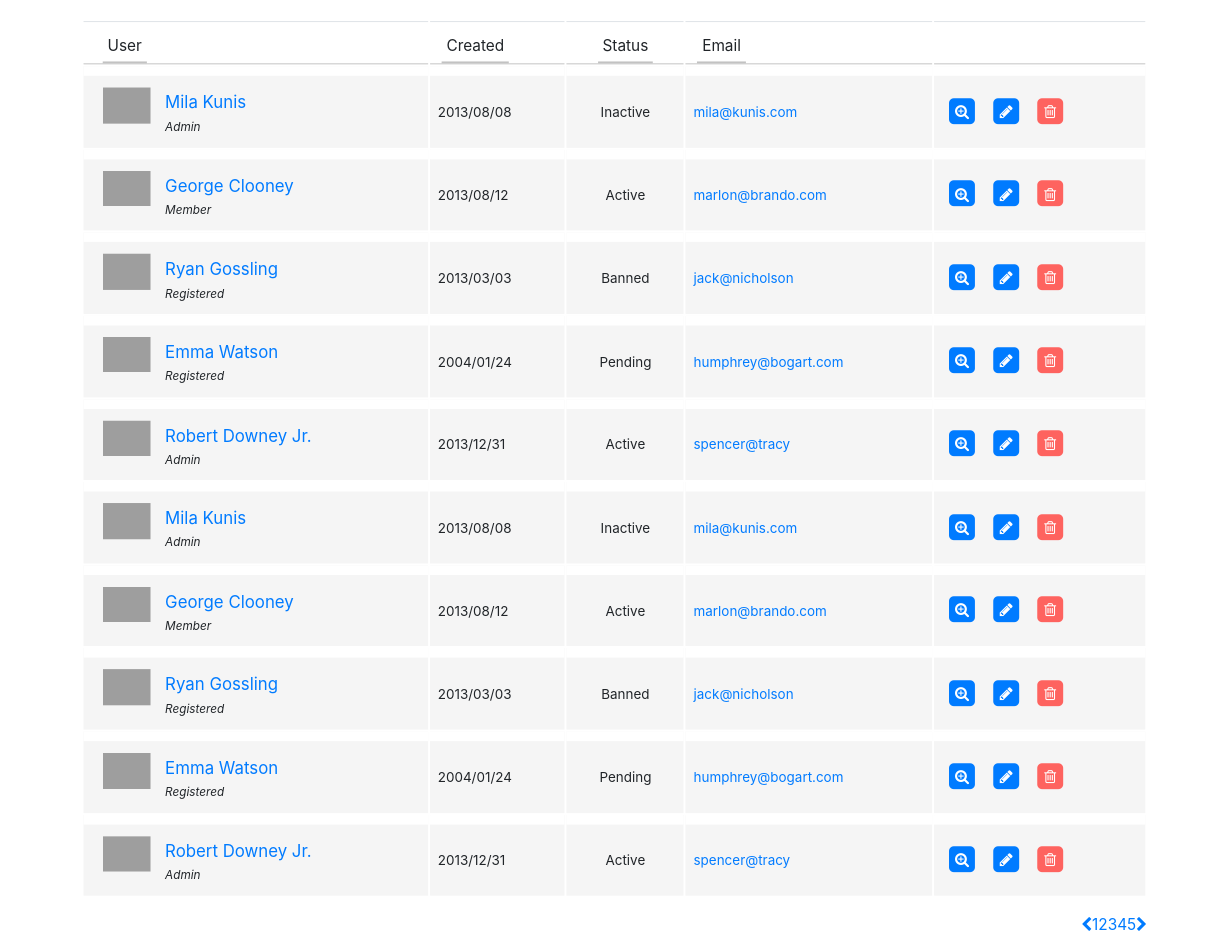
Repository: tienhoang123/Demo
Page: http://localhost/User/WEB-INF/views/home.jsp
The author's editor kept a copy of each file at every save. The page is drawn from the files as they stood at one save, then again after a run of saves.
The browser window is 1280 px wide. The pictures show the whole page, at 96% of full size.
Pictures or frames that could not be fetched are drawn as grey boxes. Some web libraries are served in a nearby version. The page is served by Tomcat 9. Nobody is signed in. Other server files are loaded and not shown. The template is opened directly, without the code that normally fills it, so the values that code supplies are empty.

Above is the page before, as saved 2019-10-14 06:24:29.
Console error: TypeError: Cannot read properties of undefined (reading 'fn')

### DemoCrud/User/src/main/webapp/WEB-INF/views/home.jsp
<%@ page language="java" contentType="text/html; charset=UTF-8"
	pageEncoding="UTF-8"%><!DOCTYPE html>
	<%@ taglib uri="http://java.sun.com/jsp/jstl/core" prefix="c" %>
<html>
<head>
<meta http-equiv="Content-Type" content="text/html; charset=UTF-8">
<title>HelloWorld</title>
<link href="<c:url value='/resources/css/boostrapcss/bootstrap.min.css' />" rel="stylesheet" id="bootstrap-css">
<link href="<c:url value='/resources/css/home.css' />" rel="stylesheet" >
<link href="https://maxcdn.bootstrapcdn.com/font-awesome/4.3.0/css/font-awesome.min.css" rel="stylesheet">
<script src="<c:url value='/resources/js/bootstrapjs/bootstrap.min.js' />"></script>
<script src="https://ajax.googleapis.com/ajax/libs/jquery/3.4.1/jquery.min.js"></script>
</head>
<body>
<div class="container">
<div class="row">
	<div class="col-lg-12">
		<div class="main-box clearfix">
			<div class="table-responsive">
				<table class="table user-list">
					<thead>
						<tr>
							<th><span>User</span></th>
							<th><span>Created</span></th>
							<th class="text-center"><span>Status</span></th>
							<th><span>Email</span></th>
							<th>&nbsp;</th>
						</tr>
					</thead>
					<tbody>
						<tr>
							<td>
								<img src="https://bootdey.com/img/Content/avatar/avatar1.png" alt="">
								<a href="#" class="user-link">Mila Kunis</a>
								<span class="user-subhead">Admin</span>
							</td>
							<td>
								2013/08/08
							</td>
							<td class="text-center">
								<span class="label label-default">Inactive</span>
							</td>
							<td>
								<a href="#">mila@kunis.com</a>
							</td>
							<td style="width: 20%;">
								<a href="#" class="table-link">
									<span class="fa-stack">
										<i class="fa fa-square fa-stack-2x"></i>
										<i class="fa fa-search-plus fa-stack-1x fa-inverse"></i>
									</span>
								</a>
								<a href="#" class="table-link">
									<span class="fa-stack">
										<i class="fa fa-square fa-stack-2x"></i>
										<i class="fa fa-pencil fa-stack-1x fa-inverse"></i>
									</span>
								</a>
								<a href="#" class="table-link danger">
									<span class="fa-stack">
										<i class="fa fa-square fa-stack-2x"></i>
										<i class="fa fa-trash-o fa-stack-1x fa-inverse"></i>
									</span>
								</a>
							</td>
						</tr>
						<tr>
							<td>
								<img src="https://bootdey.com/img/Content/avatar/avatar2.png" alt="">
								<a href="#" class="user-link">George Clooney</a>
								<span class="user-subhead">Member</span>
							</td>
							<td>
								2013/08/12
							</td>
							<td class="text-center">
								<span class="label label-success">Active</span>
							</td>
							<td>
								<a href="#">marlon@brando.com</a>
							</td>
							<td style="width: 20%;">
								<a href="#" class="table-link">
									<span class="fa-stack">
										<i class="fa fa-square fa-stack-2x"></i>
										<i class="fa fa-search-plus fa-stack-1x fa-inverse"></i>
									</span>
								</a>
								<a href="#" class="table-link">
									<span class="fa-stack">
										<i class="fa fa-square fa-stack-2x"></i>
										<i class="fa fa-pencil fa-stack-1x fa-inverse"></i>
									</span>
								</a>
								<a href="#" class="table-link danger">
									<span class="fa-stack">
										<i class="fa fa-square fa-stack-2x"></i>
										<i class="fa fa-trash-o fa-stack-1x fa-inverse"></i>
									</span>
								</a>
							</td>
						</tr>
						<tr>
							<td>
								<img src="https://bootdey.com/img/Content/avatar/avatar3.png" alt="">
								<a href="#" class="user-link">Ryan Gossling</a>
								<span class="user-subhead">Registered</span>
							</td>
							<td>
								2013/03/03
							</td>
							<td class="text-center">
								<span class="label label-danger">Banned</span>
							</td>
							<td>
								<a href="#">jack@nicholson</a>
							</td>
							<td style="width: 20%;">
								<a href="#" class="table-link">
									<span class="fa-stack">
										<i class="fa fa-square fa-stack-2x"></i>
										<i class="fa fa-search-plus fa-stack-1x fa-inverse"></i>
									</span>
								</a>
								<a href="#" class="table-link">
									<span class="fa-stack">
										<i class="fa fa-square fa-stack-2x"></i>
										<i class="fa fa-pencil fa-stack-1x fa-inverse"></i>
									</span>
								</a>
								<a href="#" class="table-link danger">
									<span class="fa-stack">
										<i class="fa fa-square fa-stack-2x"></i>
										<i class="fa fa-trash-o fa-stack-1x fa-inverse"></i>
									</span>
								</a>
							</td>
						</tr>
						<tr>
							<td>
								<img src="https://bootdey.com/img/Content/avatar/avatar4.png" alt="">
								<a href="#" class="user-link">Emma Watson</a>
								<span class="user-subhead">Registered</span>
							</td>
							<td>
								2004/01/24
							</td>
							<td class="text-center">
								<span class="label label-warning">Pending</span>
							</td>
							<td>
								<a href="#">humphrey@bogart.com</a>
							</td>
							<td style="width: 20%;">
								<a href="#" class="table-link">
									<span class="fa-stack">
										<i class="fa fa-square fa-stack-2x"></i>
										<i class="fa fa-search-plus fa-stack-1x fa-inverse"></i>
									</span>
								</a>
								<a href="#" class="table-link">
									<span class="fa-stack">
										<i class="fa fa-square fa-stack-2x"></i>
										<i class="fa fa-pencil fa-stack-1x fa-inverse"></i>
									</span>
								</a>
								<a href="#" class="table-link danger">
									<span class="fa-stack">
										<i class="fa fa-square fa-stack-2x"></i>
										<i class="fa fa-trash-o fa-stack-1x fa-inverse"></i>
									</span>
								</a>
							</td>
						</tr>
						<tr>
							<td>
								<img src="https://bootdey.com/img/Content/avatar/avatar5.png" alt="">
								<a href="#" class="user-link">Robert Downey Jr.</a>
								<span class="user-subhead">Admin</span>
							</td>
							<td>
								2013/12/31
							</td>
							<td class="text-center">
								<span class="label label-success">Active</span>
							</td>
							<td>
								<a href="#">spencer@tracy</a>
							</td>
							<td style="width: 20%;">
								<a href="#" class="table-link">
									<span class="fa-stack">
										<i class="fa fa-square fa-stack-2x"></i>
										<i class="fa fa-search-plus fa-stack-1x fa-inverse"></i>
									</span>
								</a>
								<a href="#" class="table-link">
									<span class="fa-stack">
										<i class="fa fa-square fa-stack-2x"></i>
										<i class="fa fa-pencil fa-stack-1x fa-inverse"></i>
									</span>
								</a>
								<a href="#" class="table-link danger">
									<span class="fa-stack">
										<i class="fa fa-square fa-stack-2x"></i>
										<i class="fa fa-trash-o fa-stack-1x fa-inverse"></i>
									</span>
								</a>
							</td>
						</tr>
						<tr>
							<td>
								<img src="https://bootdey.com/img/Content/avatar/avatar6.png" alt="">
								<a href="#" class="user-link">Mila Kunis</a>
								<span class="user-subhead">Admin</span>
							</td>
							<td>
								2013/08/08
							</td>
							<td class="text-center">
								<span class="label label-default">Inactive</span>
							</td>
							<td>
								<a href="#">mila@kunis.com</a>
							</td>
							<td style="width: 20%;">
								<a href="#" class="table-link">
									<span class="fa-stack">
										<i class="fa fa-square fa-stack-2x"></i>
										<i class="fa fa-search-plus fa-stack-1x fa-inverse"></i>
									</span>
								</a>
								<a href="#" class="table-link">
									<span class="fa-stack">
										<i class="fa fa-square fa-stack-2x"></i>
										<i class="fa fa-pencil fa-stack-1x fa-inverse"></i>
									</span>
								</a>
								<a href="#" class="table-link danger">
									<span class="fa-stack">
										<i class="fa fa-square fa-stack-2x"></i>
										<i class="fa fa-trash-o fa-stack-1x fa-inverse"></i>
									</span>
								</a>
							</td>
						</tr>
						<tr>
							<td>
								<img src="https://bootdey.com/img/Content/avatar/avatar7.png" alt="">
								<a href="#" class="user-link">George Clooney</a>
								<span class="user-subhead">Member</span>
							</td>
							<td>
								2013/08/12
							</td>
							<td class="text-center">
								<span class="label label-success">Active</span>
							</td>
							<td>
								<a href="#">marlon@brando.com</a>
							</td>
							<td style="width: 20%;">
								<a href="#" class="table-link">
									<span class="fa-stack">
										<i class="fa fa-square fa-stack-2x"></i>
										<i class="fa fa-search-plus fa-stack-1x fa-inverse"></i>
									</span>
								</a>
								<a href="#" class="table-link">
									<span class="fa-stack">
										<i class="fa fa-square fa-stack-2x"></i>
										<i class="fa fa-pencil fa-stack-1x fa-inverse"></i>
									</span>
								</a>
								<a href="#" class="table-link danger">
									<span class="fa-stack">
										<i class="fa fa-square fa-stack-2x"></i>
										<i class="fa fa-trash-o fa-stack-1x fa-inverse"></i>
									</span>
								</a>
							</td>
						</tr>
						<tr>
							<td>
								<img src="https://bootdey.com/img/Content/avatar/avatar1.png" alt="">
								<a href="#" class="user-link">Ryan Gossling</a>
								<span class="user-subhead">Registered</span>
							</td>
							<td>
								2013/03/03
							</td>
							<td class="text-center">
								<span class="label label-danger">Banned</span>
							</td>
							<td>
								<a href="#">jack@nicholson</a>
							</td>
							<td style="width: 20%;">
								<a href="#" class="table-link">
									<span class="fa-stack">
										<i class="fa fa-square fa-stack-2x"></i>
										<i class="fa fa-search-plus fa-stack-1x fa-inverse"></i>
									</span>
								</a>
								<a href="#" class="table-link">
									<span class="fa-stack">
										<i class="fa fa-square fa-stack-2x"></i>
										<i class="fa fa-pencil fa-stack-1x fa-inverse"></i>
									</span>
								</a>
								<a href="#" class="table-link danger">
									<span class="fa-stack">
										<i class="fa fa-square fa-stack-2x"></i>
										<i class="fa fa-trash-o fa-stack-1x fa-inverse"></i>
									</span>
								</a>
							</td>
						</tr>
						<tr>
							<td>
								<img src="https://bootdey.com/img/Content/avatar/avatar1.png" alt="">
								<a href="#" class="user-link">Emma Watson</a>
								<span class="user-subhead">Registered</span>
							</td>
							<td>
								2004/01/24
							</td>
							<td class="text-center">
								<span class="label label-warning">Pending</span>
							</td>
							<td>
								<a href="#">humphrey@bogart.com</a>
							</td>
							<td style="width: 20%;">
								<a href="#" class="table-link">
									<span class="fa-stack">
										<i class="fa fa-square fa-stack-2x"></i>
										<i class="fa fa-search-plus fa-stack-1x fa-inverse"></i>
									</span>
								</a>
								<a href="#" class="table-link">
									<span class="fa-stack">
										<i class="fa fa-square fa-stack-2x"></i>
										<i class="fa fa-pencil fa-stack-1x fa-inverse"></i>
									</span>
								</a>
								<a href="#" class="table-link danger">
									<span class="fa-stack">
										<i class="fa fa-square fa-stack-2x"></i>
										<i class="fa fa-trash-o fa-stack-1x fa-inverse"></i>
									</span>
								</a>
							</td>
						</tr>
						<tr>
							<td>
								<img src="https://bootdey.com/img/Content/avatar/avatar6.png" alt="">
								<a href="#" class="user-link">Robert Downey Jr.</a>
								<span class="user-subhead">Admin</span>
							</td>
							<td>
								2013/12/31
							</td>
							<td class="text-center">
								<span class="label label-success">Active</span>
							</td>
							<td>
								<a href="#">spencer@tracy</a>
							</td>
							<td style="width: 20%;">
								<a href="#" class="table-link">
									<span class="fa-stack">
										<i class="fa fa-square fa-stack-2x"></i>
										<i class="fa fa-search-plus fa-stack-1x fa-inverse"></i>
									</span>
								</a>
								<a href="#" class="table-link">
									<span class="fa-stack">
										<i class="fa fa-square fa-stack-2x"></i>
										<i class="fa fa-pencil fa-stack-1x fa-inverse"></i>
									</span>
								</a>
								<a href="#" class="table-link danger">
									<span class="fa-stack">
										<i class="fa fa-square fa-stack-2x"></i>
										<i class="fa fa-trash-o fa-stack-1x fa-inverse"></i>
									</span>
								</a>
							</td>
						</tr>
					</tbody>
				</table>
			</div>
			<ul class="pagination pull-right">
				<li><a href="#"><i class="fa fa-chevron-left"></i></a></li>
				<li><a href="#">1</a></li>
				<li><a href="#">2</a></li>
				<li><a href="#">3</a></li>
				<li><a href="#">4</a></li>
				<li><a href="#">5</a></li>
				<li><a href="#"><i class="fa fa-chevron-right"></i></a></li>
			</ul>
		</div>
	</div>
</div>
</div>
</body>
</html>

### DemoCrud/User/src/main/webapp/resources/css/home.css

body{margin-top:20px;}


/* USER LIST TABLE */
.user-list tbody td > img {
    position: relative;
	max-width: 50px;
	float: left;
	margin-right: 15px;
}
.user-list tbody td .user-link {
	display: block;
	font-size: 1.25em;
	padding-top: 3px;
	margin-left: 60px;
}
.user-list tbody td .user-subhead {
	font-size: 0.875em;
	font-style: italic;
}

/* TABLES */
.table {
    border-collapse: separate;
}
.table-hover > tbody > tr:hover > td,
.table-hover > tbody > tr:hover > th {
	background-color: #eee;
}
.table thead > tr > th {
	border-bottom: 1px solid #C2C2C2;
	padding-bottom: 0;
}
.table tbody > tr > td {
	font-size: 0.875em;
	background: #f5f5f5;
	border-top: 10px solid #fff;
	vertical-align: middle;
	padding: 12px 8px;
}
.table tbody > tr > td:first-child,
.table thead > tr > th:first-child {
	padding-left: 20px;
}
.table thead > tr > th span {
	border-bottom: 2px solid #C2C2C2;
	display: inline-block;
	padding: 0 5px;
	padding-bottom: 5px;
	font-weight: normal;
}
.table thead > tr > th > a span {
	color: #344644;
}
.table thead > tr > th > a span:after {
	content: "\f0dc";
	font-family: FontAwesome;
	font-style: normal;
	font-weight: normal;
	text-decoration: inherit;
	margin-left: 5px;
	font-size: 0.75em;
}
.table thead > tr > th > a.asc span:after {
	content: "\f0dd";
}
.table thead > tr > th > a.desc span:after {
	content: "\f0de";
}
.table thead > tr > th > a:hover span {
	text-decoration: none;
	color: #2bb6a3;
	border-color: #2bb6a3;
}
.table.table-hover tbody > tr > td {
	-webkit-transition: background-color 0.15s ease-in-out 0s;
	transition: background-color 0.15s ease-in-out 0s;
}
.table tbody tr td .call-type {
	display: block;
	font-size: 0.75em;
	text-align: center;
}
.table tbody tr td .first-line {
	line-height: 1.5;
	font-weight: 400;
	font-size: 1.125em;
}
.table tbody tr td .first-line span {
	font-size: 0.875em;
	color: #969696;
	font-weight: 300;
}
.table tbody tr td .second-line {
	font-size: 0.875em;
	line-height: 1.2;
}
.table a.table-link {
	margin: 0 5px;
	font-size: 1.125em;
}
.table a.table-link:hover {
	text-decoration: none;
	color: #2aa493;
}
.table a.table-link.danger {
	color: #fe635f;
}
.table a.table-link.danger:hover {
	color: #dd504c;
}

.table-products tbody > tr > td {
	background: none;
	border: none;
	border-bottom: 1px solid #ebebeb;
	-webkit-transition: background-color 0.15s ease-in-out 0s;
	transition: background-color 0.15s ease-in-out 0s;
	position: relative;
}
.table-products tbody > tr:hover > td {
	text-decoration: none;
	background-color: #f6f6f6;
}
.table-products .name {
	display: block;
	font-weight: 600;
	padding-bottom: 7px;
}
.table-products .price {
	display: block;
	text-decoration: none;
	width: 50%;
	float: left;
	font-size: 0.875em;
}
.table-products .price > i {
	color: #8dc859;
}
.table-products .warranty {
	display: block;
	text-decoration: none;
	width: 50%;
	float: left;
	font-size: 0.875em;
}
.table-products .warranty > i {
	color: #f1c40f;
}
.table tbody > tr.table-line-fb > td {
	background-color: #9daccb;
	color: #262525;
}
.table tbody > tr.table-line-twitter > td {
	background-color: #9fccff;
	color: #262525;
}
.table tbody > tr.table-line-plus > td {
	background-color: #eea59c;
	color: #262525;
}
.table-stats .status-social-icon {
	font-size: 1.9em;
	vertical-align: bottom;
}
.table-stats .table-line-fb .status-social-icon {
	color: #556484;
}
.table-stats .table-line-twitter .status-social-icon {
	color: #5885b8;
}
.table-stats .table-line-plus .status-social-icon {
	color: #a75d54;
}

Loaded but not shown: DemoCrud/User/src/main/webapp/resources/css/boostrapcss/bootstrap.min.css (library); DemoCrud/User/src/main/webapp/resources/js/boostrapjs/bootstrap.min.js (library)

After the next 2 saves:
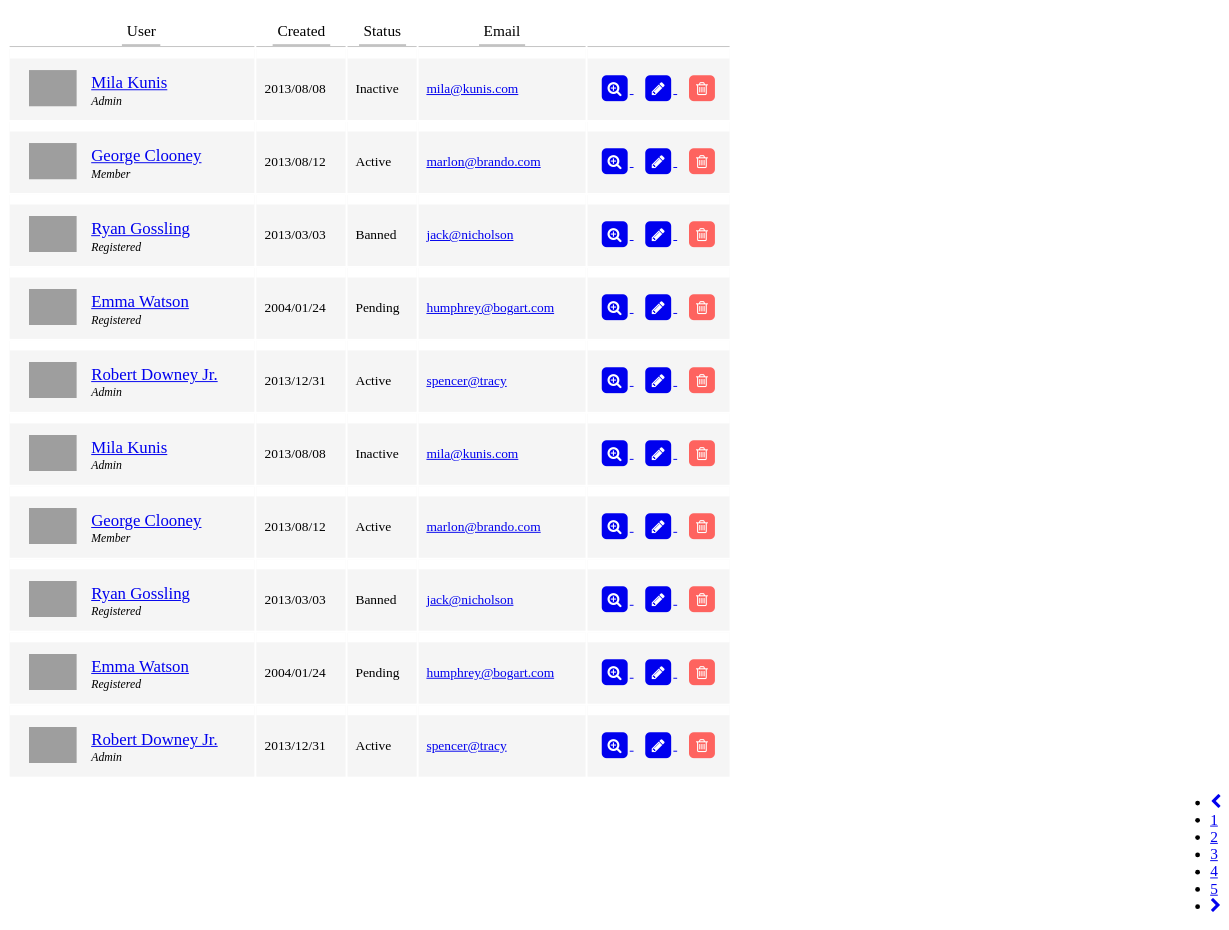
The 2 saves are shown as one change because they came seconds apart.
The last was saved 14 s later.
--- a/DemoCrud/User/src/main/webapp/WEB-INF/views/home.jsp
+++ b/DemoCrud/User/src/main/webapp/WEB-INF/views/home.jsp
@@ -4,8 +4,7 @@
 <html>
 <head>
 <meta http-equiv="Content-Type" content="text/html; charset=UTF-8">
-<title>HelloWorld</title>
-<link href="<c:url value='/resources/css/boostrapcss/bootstrap.min.css' />" rel="stylesheet" id="bootstrap-css">
+<title>Home</title>
 <link href="<c:url value='/resources/css/home.css' />" rel="stylesheet" >
 <link href="https://maxcdn.bootstrapcdn.com/font-awesome/4.3.0/css/font-awesome.min.css" rel="stylesheet">
 <script src="<c:url value='/resources/js/bootstrapjs/bootstrap.min.js' />"></script>

After the save that followed:
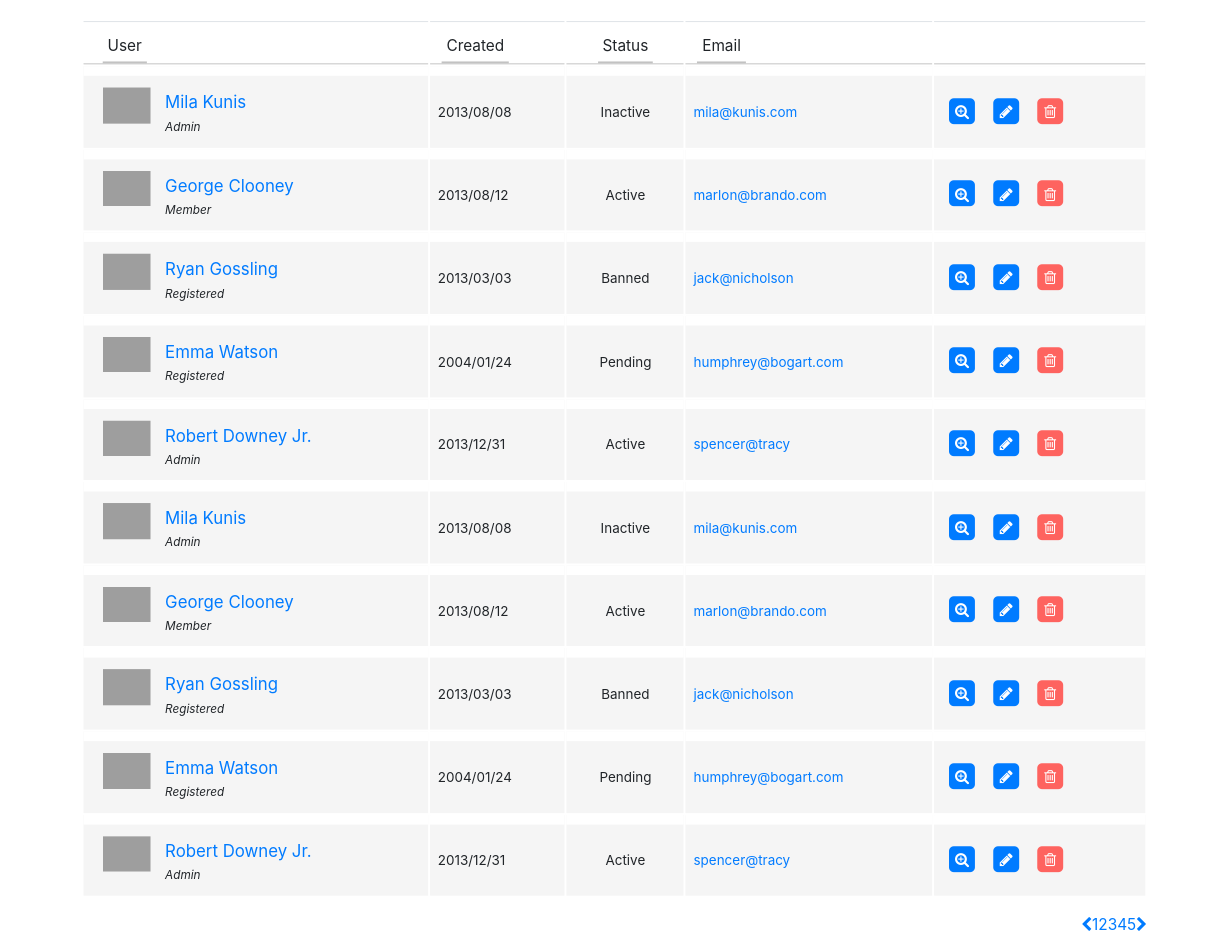
Saved 14 s later.
--- a/DemoCrud/User/src/main/webapp/WEB-INF/views/home.jsp
+++ b/DemoCrud/User/src/main/webapp/WEB-INF/views/home.jsp
@@ -5,6 +5,7 @@
 <head>
 <meta http-equiv="Content-Type" content="text/html; charset=UTF-8">
 <title>Home</title>
+<link href="<c:url value='/resources/css/boostrapcss/bootstrap.min.css' />" rel="stylesheet" id="bootstrap-css">
 <link href="<c:url value='/resources/css/home.css' />" rel="stylesheet" >
 <link href="https://maxcdn.bootstrapcdn.com/font-awesome/4.3.0/css/font-awesome.min.css" rel="stylesheet">
 <script src="<c:url value='/resources/js/bootstrapjs/bootstrap.min.js' />"></script>
